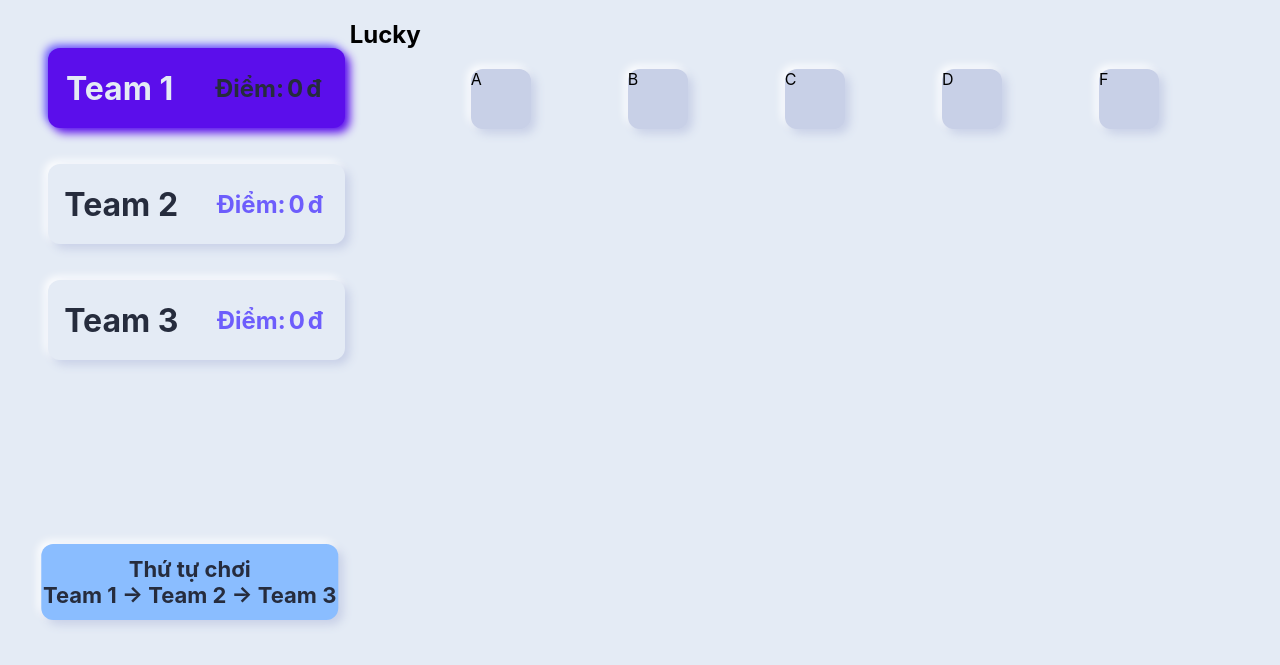
Repository: tinh2044/quzzi_game
Page: /
These files come from the project's save history. The page is drawn as it stood at one moment and after the next save; the edit follows.
The browser window is 1280 px wide. The pictures show the whole page.
The project was rebuilt for these pictures with package versions that can differ from the ones it lists, and the page was loaded fresh each time. Also part of the build but not shown: src/components/Notification.jsx, src/components/AnswerItem.jsx, src/components/Question.jsx, src/components/SortTeam.jsx.

Above is the page before, as saved 2022-12-15 09:46:28.

### src/index.js
import React from 'react';
import ReactDOM from 'react-dom/client';
import './index.css';
import App from './App';
import reportWebVitals from './reportWebVitals';

const root = ReactDOM.createRoot(document.getElementById('root'));
root.render(
  // <React.StrictMode>
  <App />,
  {/* </React.StrictMode> */ }
);

// If you want to start measuring performance in your app, pass a function
// to log results (for example: reportWebVitals(console.log))
// or send to an analytics endpoint. Learn more: https://bit.ly/CRA-vitals
reportWebVitals();

### src/App.css
:root {
    --primary-light: #8abdff;
    --primary: #6d5dfc;
    --primary-dark: #5b0eeb;
    --white: #ffffff;
    --greyLight-1: #e4ebf5;
    --greyLight-2: #c8d0e7;
    --greyLight-3: #bec8e4;
    --greyDark: #9baacf;
    --cl-text: #262c3d;
}
#root {
    height: 100%;
}

body {
    overflow: hidden;
    height: 100vh;
    user-select: none;
}
.App {
    height: 100%;
}
.home {
    position: relative;
    width: 100%;
    height: 100%;
    background: var(--greyLight-1);
    display: flex;
    box-shadow: 0.8rem 0.8rem 1.4rem var(--greyLight-2), -0.2rem -0.2rem 1.8rem var(--white);
}

.team {
    width: 35%;
    height: 100%;
    position: relative;
    padding: 0 12px;
    animation: FadeToLeft 0.8s linear;
}

.team_item {
    position: absolute;
    top: 12px;
    height: 80px;
    width: 85%;
    display: flex;
    align-items: center;
    justify-content: space-around;
    margin: 36px;
    transition: all 0.8s linear;
    border-radius: 12px;
    box-shadow: 0.3rem 0.3rem 0.6rem var(--greyLight-2), -0.2rem -0.2rem 0.5rem var(--white);
    background: #ffffff00;
    color: var(--cl-text);
}
.team_item:nth-child(2) {
    animation-duration: 1.5s;
}
.team_item:nth-child(3) {
    animation-duration: 2.5s;
}
.point {
    display: flex;
    align-items: center;
    color: var(--primary);
    font-weight: bold;
    font-size: 24px;
    margin: 0 3px;
}
.number,
.team_item p {
    margin: 0 3px;
}
.order-team {
    position: absolute;
    left: 50%;
    transform: translateX(-45%);
    bottom: 100px;
    width: 85%;
    padding: 12px 0;
    border-radius: 12px;
    box-shadow: 0.3rem 0.3rem 0.6rem var(--greyLight-2), -0.2rem -0.2rem 0.5rem var(--white);
    background: var(--primary-light);
    font-size: 22px;
    font-weight: bold;
    color: var(--cl-text);
    display: flex;
    flex-direction: column;
    align-items: center;
    justify-content: center;
}
.order-team p {
    margin: 0;
}
.active {
    background: var(--primary-dark);
    color: var(--greyLight-1);
    box-shadow: 0.3rem 0.3rem 0.6rem var(--primary-dark), -0.2rem -0.2rem 0.5rem var(--primary);
}
.active .point,
.active .number {
    color: var(--cl-text);
}
.question {
    width: 50%;
    flex: 1;
    padding: 24px;
}
.question h1 {
    box-shadow: 0.3rem 0.3rem 0.6rem var(--greyLight-2), -0.2rem -0.2rem 0.5rem var(--white);
    border-radius: 12px;
    padding: 4px;
    text-align: center;
    animation: FadeToTop 3s cubic-bezier(0.075, 0.82, 0.165, 1);
}

.answer {
    display: flex;
    flex-wrap: wrap;
    justify-content: space-between;
    padding: 24px;
}
.answer-item {
    width: 40%;
    background: var(--greyLight-3);
    padding: 10px;
    border-radius: 8px;
    transition: background 0.3s linear, opacity 1s ease-out, transform 0.3s linear;
    cursor: pointer;

    box-shadow: 0.3rem 0.3rem 0.6rem var(--greyLight-2), -0.2rem -0.2rem 0.5rem var(--white);
}
.answer-item:hover {
    background: var(--primary-light);
    transform: scale(1.1);
}

.A,
.C {
    animation: FadeToLeft 1s cubic-bezier(0.25, 0.46, 0.45, 0.94);
}

.B,
.D {
    animation: FadeToRight 1s cubic-bezier(0.25, 0.46, 0.45, 0.94);
}
.C,
.D {
    animation-duration: 1.8s;
}

.incorrect {
    background-color: #f44336 !important;
    opacity: 0;
    transition: background 0.3s linear, opacity 1s ease-out, transform 0.8s linear;
    transform: scale(0) !important;
}
.correct {
    background-color: #4caf50 !important;
    transform: scale(1.15);
}
.correct:hover {
    transform: scale(1.15);
}

.note {
    min-height: 36px;
    margin-top: 54px;
    animation: FadeToBottom 4s cubic-bezier(0.075, 0.82, 0.165, 1);
    background: var(--greyLight-1);
    box-shadow: 0.3rem 0.3rem 0.6rem var(--greyLight-2), -0.2rem -0.2rem 0.5rem var(--white);
    padding: 8px;
    border-radius: 12px;
    position: relative;
}

.note p {
    margin: 0;
    font-size: 32px;
    font-weight: bold;
    color: #40485a;
    text-align: center;
}

.overlay {
    width: 100%;
    height: 100%;
    display: flex;
    align-items: center;
    justify-content: center;
}

.sort-team {
    width: 50%;
    height: 40%;
    display: flex;
    flex-direction: column;
    align-items: center;
    background-color: var(--greyLight-1);
    border-radius: 1rem;
    box-shadow: 0.3rem 0.3rem 0.6rem var(--greyLight-2), -0.2rem -0.2rem 0.5rem var(--greyLight-2);
    padding: 12px;
    padding-top: 36px;
    animation: Scale 2s cubic-bezier(0.19, 1, 0.22, 1);
}
.sort-team label {
    width: 80%;
    box-shadow: 0.3rem 0.3rem 0.6rem var(--greyLight-2), -0.2rem -0.2rem 0.5rem var(--greyLight-2);
    padding: 8px;
    font-size: 24px;
    font-weight: bold;
    color: var(--cl-text);
    border-radius: 8px;
    text-align: center;
    cursor: pointer;
}

.sort-team #input {
    height: 42px;
    width: 85%;
    margin: 24px;
    border: none;
    border-radius: 16px;
    font-size: 1.3rem;
    padding-left: 12px;
    box-shadow: inset 0.2rem 0.2rem 0.5rem var(--greyLight-2), inset -0.2rem -0.2rem 0.5rem var(--white);
    color: var(--greyDark);
}
input:focus {
    border: none;
    outline: none;
}

.button-submit {
    width: 35%;
    display: flex;
    align-items: center;
    justify-content: center;
    border-radius: 1rem;
    font-size: 1.5rem;
    padding: 8px 4px;
    color: var(--cl-text);
    font-weight: bold;
    box-shadow: 0.3rem 0.3rem 0.6rem var(--greyLight-2), -0.2rem -0.2rem 0.5rem var(--greyLight-2);
    transition: all 0.3s cubic-bezier(0.47, 0, 0.745, 0.715);
    cursor: pointer;
}
.button-submit:hover {
    transform: scale(1.2);
    box-shadow: 0.3rem 0.3rem 0.6rem var(--greyDark), -0.2rem -0.2rem 0.5rem var(--greyDark);
}
@keyframes FadeToTop {
    0% {
        transform: translateY(-42px);
        opacity: 0;
    }
    100% {
        transform: translateY(0px);
        opacity: 1;
    }
}
@keyframes FadeToBottom {
    0% {
        transform: translateY(100px);
        opacity: 0;
    }
    100% {
        transform: translateY(0px);
        opacity: 1;
    }
}
@keyframes FadeToLeft {
    0% {
        transform: translateX(-100px);
        opacity: 0;
    }
    100% {
        transform: translateY(0px);
        opacity: 1;
    }
}
@keyframes FadeToRight {
    0% {
        transform: translateX(100px);
        opacity: 0;
    }
    100% {
        transform: translateY(0px);
        opacity: 1;
    }
}
@keyframes Scale {
    0% {
        transform: scale(0.3);
        opacity: 0;
    }
    100% {
        transform: scale(1);
        opacity: 1;
    }
}
.lucky {
    width: 100%;
}
.main-lucky {
    /* width: 100%; */
    display: flex;
    align-items: center;
    justify-content: space-evenly;
    padding: 0 24px;
}
.item-lucky {
    width: 60px;
    height: 60px;
    border-radius: 12px;
    background-color: var(--greyLight-2);
    box-shadow: 0.3rem 0.3rem 0.6rem var(--greyLight-2), -0.2rem -0.2rem 0.5rem var(--white);
}

### src/components/Home.jsx
import React, { useCallback, useLayoutEffect, useState } from 'react'

import Question from './Question'
import Team from './Team'
import SortTeam from './SortTeam'

import listQuestion from '../data'
import { listTeam } from '../data'
import LuckyWheel from './LuckyWheel'

import "../App.css"
function Home() {
  const [newListTeam, setNewListTeam] = useState(listTeam)
  const [activeTeam, setActiveTeam] = useState(1);
  const [crrQuestion, setCrrQuestion] = useState(listQuestion[0])
  const [correct, setCorrect] = useState(false)
  const [showTeam, setShowTeam] = useState(true)
  const [showWheel, setShowWheel] = useState(true)
  const handleNextQuestion = useCallback((e) => {

    if (e.keyCode === 13 && correct) {
      setActiveTeam((prev) => prev < 3 ? prev + 1 : 1)
      setCorrect(false)
      setCrrQuestion((prev) => {
        const crrIndex = listQuestion.indexOf(prev)
        if (crrIndex < listQuestion.length - 1) {
          return listQuestion[crrIndex + 1]
        }
        else return listQuestion[0]
      })
    }
  }, [correct])


  useLayoutEffect(() => {
    window.addEventListener("keyup", handleNextQuestion)

  }, [handleNextQuestion])

  return (
    <div className="home">
      {
        showTeam ? <Team listTeam={newListTeam} activeTeam={activeTeam} correct={correct} />
          : <SortTeam setShowTeam={setShowTeam} setTeam={setNewListTeam} team={newListTeam} />
      }
      {
        showWheel ? <LuckyWheel />
          : <Question
            question={crrQuestion}
            setQuestion={setCrrQuestion}
            lengthListQuestion={listQuestion.length}
            setActiveTeam={setActiveTeam}
            setNewListTeam={setNewListTeam}
            activeTeam={activeTeam}
            setCorrect={setCorrect}
            correct={correct}
            listTeam={newListTeam}
            showTeam={showTeam}
          />
      }




    </div>
  )
}

export default Home

### src/components/Team.jsx
import React from 'react'


import "../App.css"
import TeamItem from './TeamItem'

function Team({ listTeam, activeTeam, correct }) {
  const orderTeam = listTeam.map(item => item.name).join(" -> ")

  return (
    <div className='team'>
      {listTeam.map(item => (
        <TeamItem key={item.id} team={item} activeTeam={activeTeam} correct={correct} />
      ))}
      <div className='order-team'>
        <p >Thứ tự chơi</p>
        {orderTeam}
      </div>
    </div>
  )
}

export default Team

### src/data/index.js
const listQuestion = [
    {
        id: 1,
        nameQuestion: 'Ứng với công thức C4H8O2 có bao nhiêu este là đồng phân của nhau ?',
        answer: {
            A: "2",
            B: "3",
            C: "4",
            D: "5"
        },
        correct: "C",
    },
    {
        id: 2,
        nameQuestion: 'Este có mùi dứa là?',
        answer: {
            A: "isoamyl axetat",
            B: "etyl butirat",
            C: "etyl axetat",
            D: "geranyl axctat"
        },
        correct: "B",
    },
    {
        id: 3,
        nameQuestion: 'Este nào sau đây khi phản ứng với dung dịch NaOH dư, đun nóng không tạo ra hai muối?',
        answer: {
            A: "C6H5COOC6H5 (phenyl benzoat)",
            B: "CH3COO-[CH2]2-OOCCH2CH3",
            C: "CH3OOC-COOCH",
            D: "CH3COOC6H5 (phenyl axetat)"
        },
        correct: "C",
    },
    {
        id: 4,
        nameQuestion: 'Đun nóng este HCOOCH3 với một lượng vừa đủ dung dịch NaOH, sản phẩm thu được là?',
        answer: {
            A: "CH3COONa và C2H5OH",
            B: "HCOONa và CH3OH",
            C: "HCOONa và C2H5OH",
            D: "CH3COONa và CH3OH"
        },
        correct: "B",
    },
    {
        id: 5,
        nameQuestion: 'Este X chứa vòng benzen có công thức phân từ là C8H8C2. số công thức cấu tạo của X là ',
        answer: {
            A: "3",
            B: "4",
            C: "5",
            D: "6"
        },
        correct: "D",
    },
    {
        id: 6,
        nameQuestion: 'Xà phòng hoá chất nào sau đây thu được glixerol?',
        answer: {
            A: "tristearin",
            B: "metyl axetat",
            C: "metyl fomat",
            D: "benzyl axetat"
        },
        correct: "A",
    },
    {
        id: 7,
        nameQuestion: 'Chất nào sau đây có phân tử khối lớn nhất ?',
        answer: {
            A: "triolein ",
            B: "tripanmitin ",
            C: " tristearin",
            D: "trilinolein"
        },
        correct: "B",
    },
    {
        id: 8,
        nameQuestion: 'Nước ta nằm ở vị trí: ?',
        answer: {
            A: "rìa phía Đông của bán đảo Đông Dương ",
            B: "rìa phía Tây của bán đảo Đông Dương ",
            C: "trung tâm châu Á",
            D: "phía đông Đông Nam Á"
        },
        correct: "A",
    }, {
        id: 9,
        nameQuestion: 'Nằm ở rìa phía Đông của bán đảo Đông Dương là nước: ?',
        answer: {
            A: "Lào ",
            B: "Campuchia ",
            C: "Việt Nam",
            D: "Mi-an-ma"
        },
        correct: "C",
    }, {
        id: 10,
        nameQuestion: 'Điểm cực Bắc của nước ta là xã Lũng Cú thuộc tỉnh: ?',
        answer: {
            A: "Cao Bằng ",
            B: " Hà Giang ",
            C: "Yên Bái",
            D: "Lạng Sơn"
        },
        correct: "B",
    }, {
        id: 11,
        nameQuestion: 'Điểm cực Đông của nước ta là xã Vạn Thạnh thuộc tỉnh: ?',
        answer: {
            A: " Ninh Thuận ",
            B: " Khánh Hòa ",
            C: " Đà Nẵng",
            D: "Phú Yên"
        },
        correct: "B",
    }, {
        id: 12,
        nameQuestion: 'Ở tỉnh Khánh Hòa có một đặc điểm tự nhiên rất đặc biệt là: ?',
        answer: {
            A: "Là tỉnh duy nhất có nhiều đảo ",
            B: "Là tỉnh có điểm cực Đông nước ta ",
            C: "Là tỉnh có nhiều hải sản nhất",
            D: "Là tỉnh có nhiều than nhất"
        },
        correct: "B",
    },
    {
        id: 13,
        nameQuestion: 'Đặc điểm nào sau đây không đúng với lãnh thổ nước ta ?',
        answer: {
            A: "Nằm hoàn toàn trong vùng nhiệt đới nửa cầu Bắc ",
            B: "Nằm trọn trong múi giờ số 8 ",
            C: "Nằm trong vùng có khí hậu nhiệt đới ẩm gió mùa",
            D: "Nằm trong vùng chịu ảnh hưởng của gió Mậu dịch "
        },
        correct: "B",
    },

]

export const listTeam = [{
    name: "Team 1",
    points: 0,
    rank: 1,
    id: 1,
}, {
    name: "Team 2",
    points: 0,
    rank: 2,
    id: 2,
}, {
    name: "Team 3",
    points: 0,
    rank: 3,
    id: 3,
}]
export const listPoints = [10, 5, 20, -5, 15, 10, 5, 20, -5, 15, 10, 5, 20, -5, 15, 10, 5, 20, -5, 15, 10, 5, 20, -5, 15, 10, 5, 20, -5, 15, 10, 5, 20, -5, 15, 10, 5, 20, -5, 15]


export default listQuestion

### src/components/LuckyWheel.jsx
import React from 'react'


const listChar = ["A", "B", "C", "D", "E", "F", "G", "H", "I", "J", "K", "L", "M", "N", "O", "P", "Q", "R", "S", "T", "U", "V", "X", "Y", "W"]
function LuckyWheel() {

    console.log(listChar.length)


    return (
        <div className='lucky'>
            <h2>Lucky</h2>

            <div className='main-lucky'>
                <div className='item-lucky A'>A</div>
                <div className='item-lucky B'>B</div>
                <div className='item-lucky C'>C</div>
                <div className='item-lucky D'>D</div>
                <div className='item-lucky F'>F</div>
            </div>
        </div>
    )
}

export default LuckyWheel

### src/components/TeamItem.jsx
import React, { useEffect, useState } from 'react'
import CountUp from "react-countup"

function TeamItem({ team, activeTeam, correct }) {
    const [showTeam, setShowTeam] = useState(false)
    const [crrPoint, setCrrPoint] = useState(0)
    useEffect(() => {
        setTimeout(() => {
            setShowTeam(true)
        }, 300 * team.id);
    }, [team])
    return (
        <div key={team.id} className={`team_item ${team.id === activeTeam ? "active" : ""}`} style={{ transform: `translate(${!showTeam ? -500 : 0}px,${116 * (team.rank - 1)}px)` }}>
            <h1>{team.name}</h1>
            <div className='point'>
                <p>Điểm: </p>
                {
                    crrPoint !== team.points ? <CountUp separator='' className='number' end={team.points} start={crrPoint} duration={1.5} onEnd={() => setCrrPoint(team.points)} />
                        : crrPoint
                }
                <p>đ</p>
            </div>
        </div>
    )
}

export default TeamItem

Loaded but not shown: public/index.html (common file); src/index.css (common file); src/App.js (common file); src/reportWebVitals.js (common file)

After the next save:
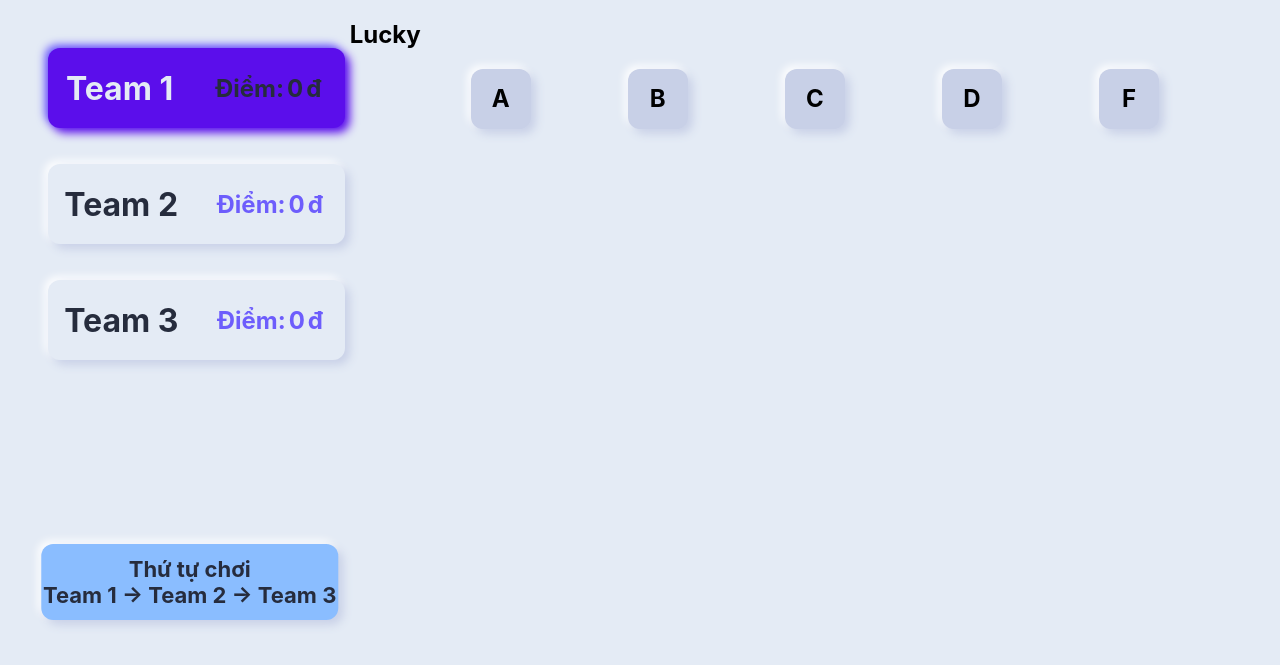
Saved 47 s later.
--- a/src/App.css
+++ b/src/App.css
@@ -312,6 +312,11 @@ input:focus {
 .item-lucky {
     width: 60px;
     height: 60px;
+    display: flex;
+    align-items: center;
+    justify-content: center;
+    font-size: 24px;
+    font-weight: bold;
     border-radius: 12px;
     background-color: var(--greyLight-2);
     box-shadow: 0.3rem 0.3rem 0.6rem var(--greyLight-2), -0.2rem -0.2rem 0.5rem var(--white);
